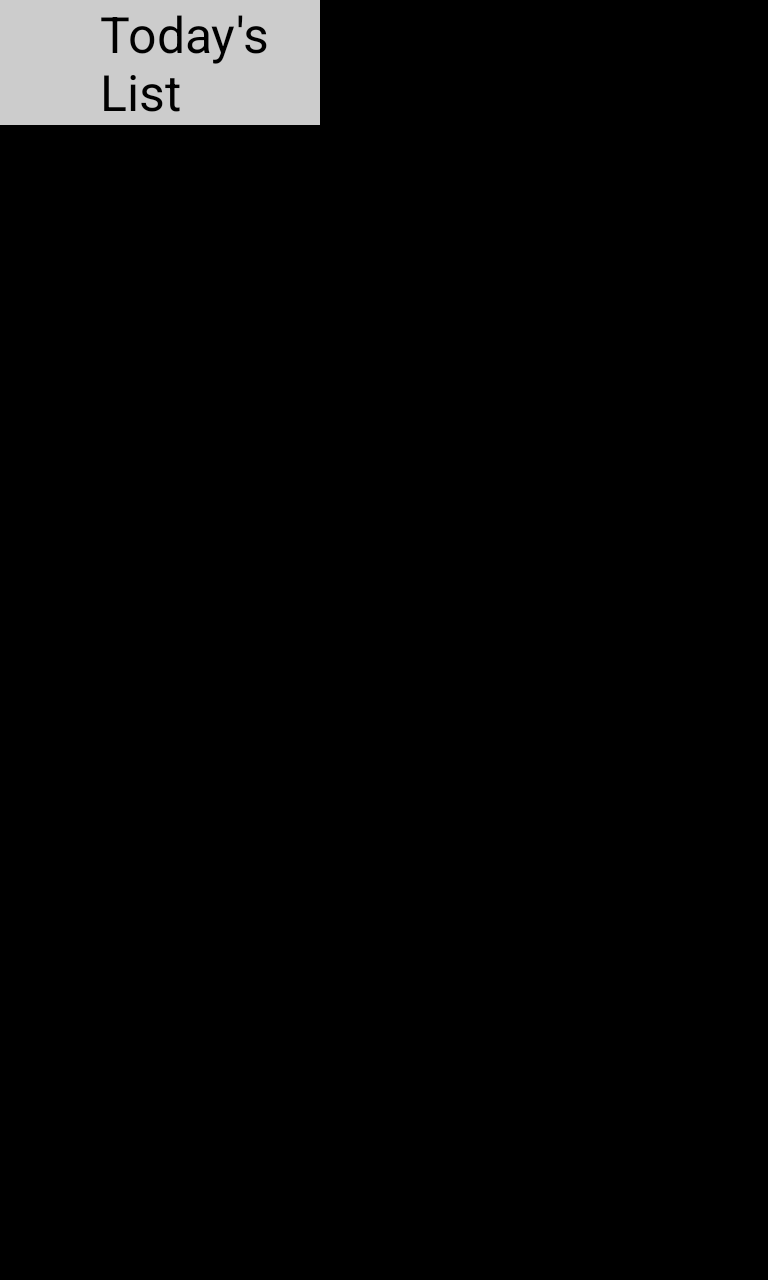
Repository: adatta02/comp194ma
Layout: hello_world/res/layout/main.xml
These files come from the project's save history. The layout is drawn as it stood at one moment and after the next save; the edit follows.
It is drawn on a 768 x 1280 px phone screen (xhdpi) without system bars, with theme android:Theme; the app's code is not run.

Above is the layout before, as saved 2009-02-03 05:00:21.

After the next save:
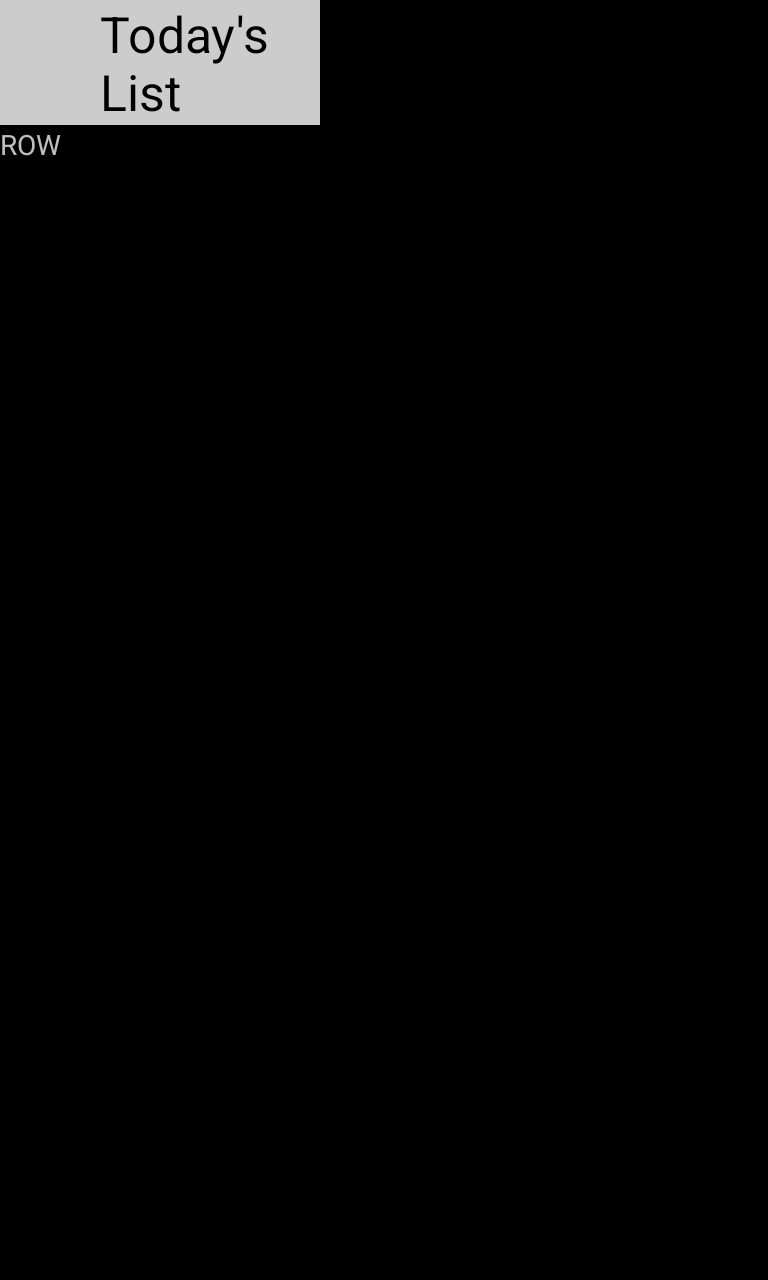
Saved 7 min 29 s later.
--- a/hello_world/res/layout/main.xml
+++ b/hello_world/res/layout/main.xml
@@ -6,4 +6,7 @@
     >
 
 <TextView android:id="@+id/TextView01" android:layout_width="wrap_content" android:layout_height="wrap_content" android:text="Today's List" android:textSize="25sp" android:background="#cccccc" android:textColor="#000000" android:width="320px" android:paddingLeft="100px"></TextView>
+<TableLayout android:id="@+id/TableLayout01" android:layout_width="wrap_content" android:layout_height="wrap_content"><TableRow android:id="@+id/TableRow01" android:layout_width="wrap_content" android:layout_height="wrap_content"><TextView android:id="@+id/TextView02" android:layout_width="wrap_content" android:layout_height="wrap_content" android:text="ROW"></TextView>
+</TableRow>
+</TableLayout>
 </LinearLayout>
